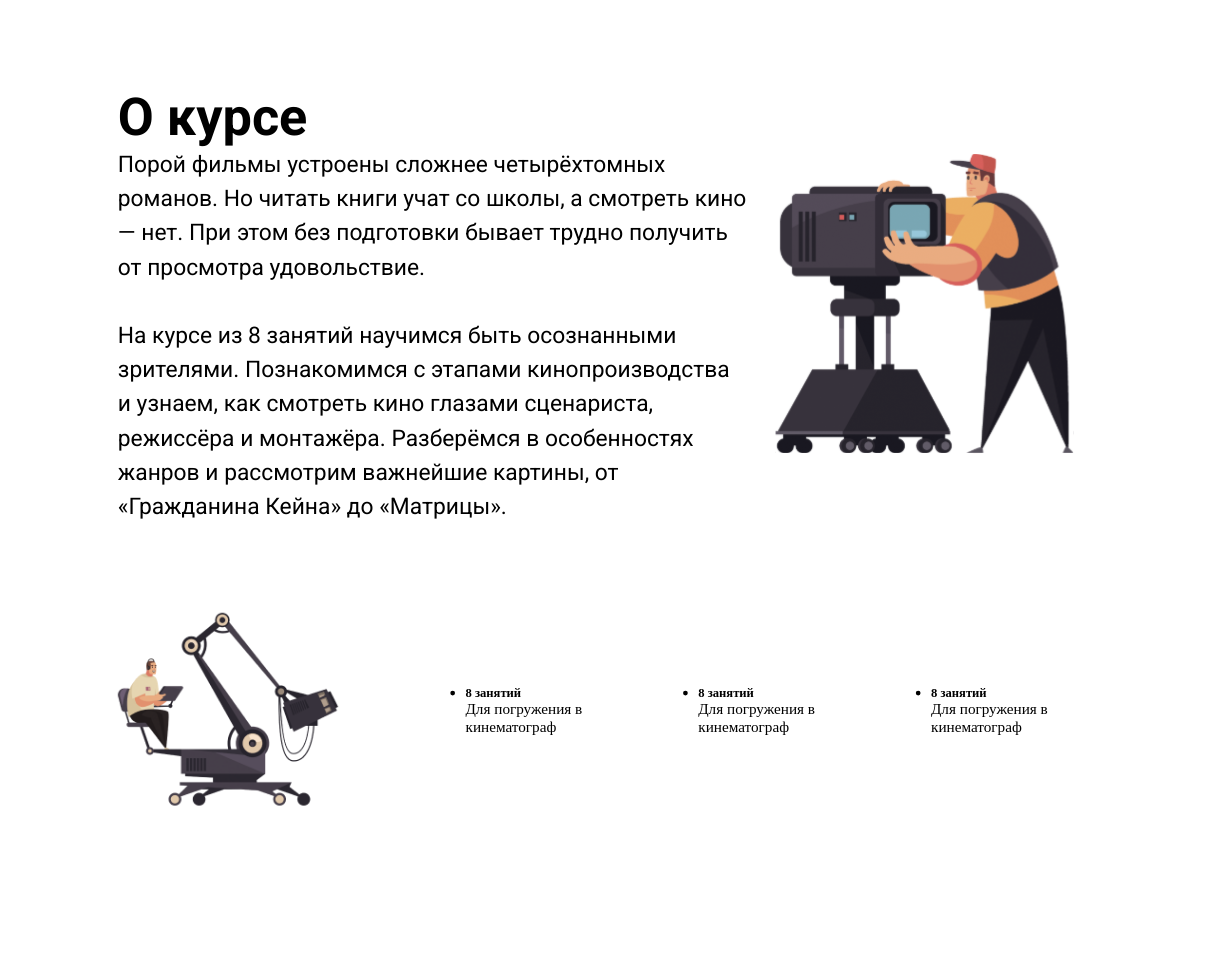
Repository: AytacSafarova/task-figma--1
Page: index.html
The author's editor kept a copy of each file at every save. The page is drawn from the files as they stood at one save, then again after the next save.
The browser window is 1280 px wide. The pictures show the whole page, at 95% of full size.

Above is the page before, as saved 2023-04-29 20:38:55.

### index.html
<!DOCTYPE html>
<html lang="en">

<head>
  <meta charset="UTF-8" />
  <meta http-equiv="X-UA-Compatible" content="IE=edge" />
  <meta name="viewport" content="width=device-width, initial-scale=1.0" />
  <title>Document</title>
  <link rel="stylesheet" href="/index.css" />
</head>

<body>
  <div class="container">
    <div class="row up">
      <div class="col left">
        <h1>О курсе</h1>
        <p>
          Порой фильмы устроены сложнее четырёхтомных романов. Но читать
          книги учат со школы, а смотреть кино — нет. При этом без
          подготовки бывает трудно получить от просмотра удовольствие.
        </p>
        <br><br>
        <p>
          На курсе из 8 занятий научимся быть осознанными зрителями.
          Познакомимся с этапами кинопроизводства и узнаем, как смотреть
          кино глазами сценариста, режиссёра и монтажёра. Разберёмся в
          особенностях жанров и рассмотрим важнейшие картины, от
          «Гражданина Кейна» до «Матрицы».
        </p>
      </div>
      <div class="col right">
        <svg width="314" height="315" viewBox="0 0 314 315" fill="none" xmlns="http://www.w3.org/2000/svg"
          xmlns:xlink="http://www.w3.org/1999/xlink">
          <rect width="314" height="315" fill="url(#pattern0)" />
          <defs>
            <pattern id="pattern0" patternContentUnits="objectBoundingBox" width="1" height="1">
              <use xlink:href="#image0_1_51" transform="matrix(0.00186916 0 0 0.00186323 0 -0.000275923)" />
            </pattern>
            <image id="image0_1_51" width="535" height="537"
              xlink:href="data:[embedded picture, 160582 characters]" />
          </defs>
        </svg>
      </div>
    </div>

    <div class="down">
      <img src="/images/photo 1.png" alt="" />
      <ul class="list">
        <li>
          <h5>8 занятий</h5>
          <p>Для погружения в кинематограф</p>
        </li>

        <li>
          <h5>8 занятий</h5>
          <p>Для погружения в кинематограф</p>
        </li>

        <li>
          <h5>8 занятий</h5>
          <p>Для погружения в кинематограф</p>
        </li>
      </ul>
    </div>
  </div>
</body>

</html>

### index.css
@import url("https://fonts.googleapis.com/css2?family=Roboto+Slab:wght@700&family=Roboto:wght@400;500;700&display=swap");
* {
  margin: 0;
  padding: 0;
}
.container {
  padding: 91px 150px 173px 124px;
}

.row {
  display: flex;
  justify-content: space-between;
  align-items: center;
}

.left {
  width: 662px;
}
 .left h1 {
  font-size: 55px;
  font-family: "Roboto", sans-serif;
  font-weight: 700;
  margin-bottom: 0px;
}
.left p {
  font-family: "Roboto";
  font-style: normal;
  font-weight: 400;
  font-size: 24px;
  line-height: 150%;
}



.down {
  display: flex;
  align-items: center;
  justify-content: space-between;
  margin-top: 94px;
}



ul {
  display: flex;
  background-color: ;
}

li {
  width: 150px;
  margin-left: 95px;
}
.down img{
    width: 232px;
    height: 203px;
}


@media screen and (max-width: 1024px) {
  /* tablet media  */
  .container {
    padding: 56px 86px 180px 72px;
  }
.left h1{
    font-size: 32px;
    margin-bottom: 32px;
}
.left{
    width: 382px;
}
.left p{
    font-size: 14px;
}
.right svg {
    width: 182px;
    height: 182px;
}

}
@media screen and (max-width: 768px) {
  /* mobile media  */
}

After the next save:
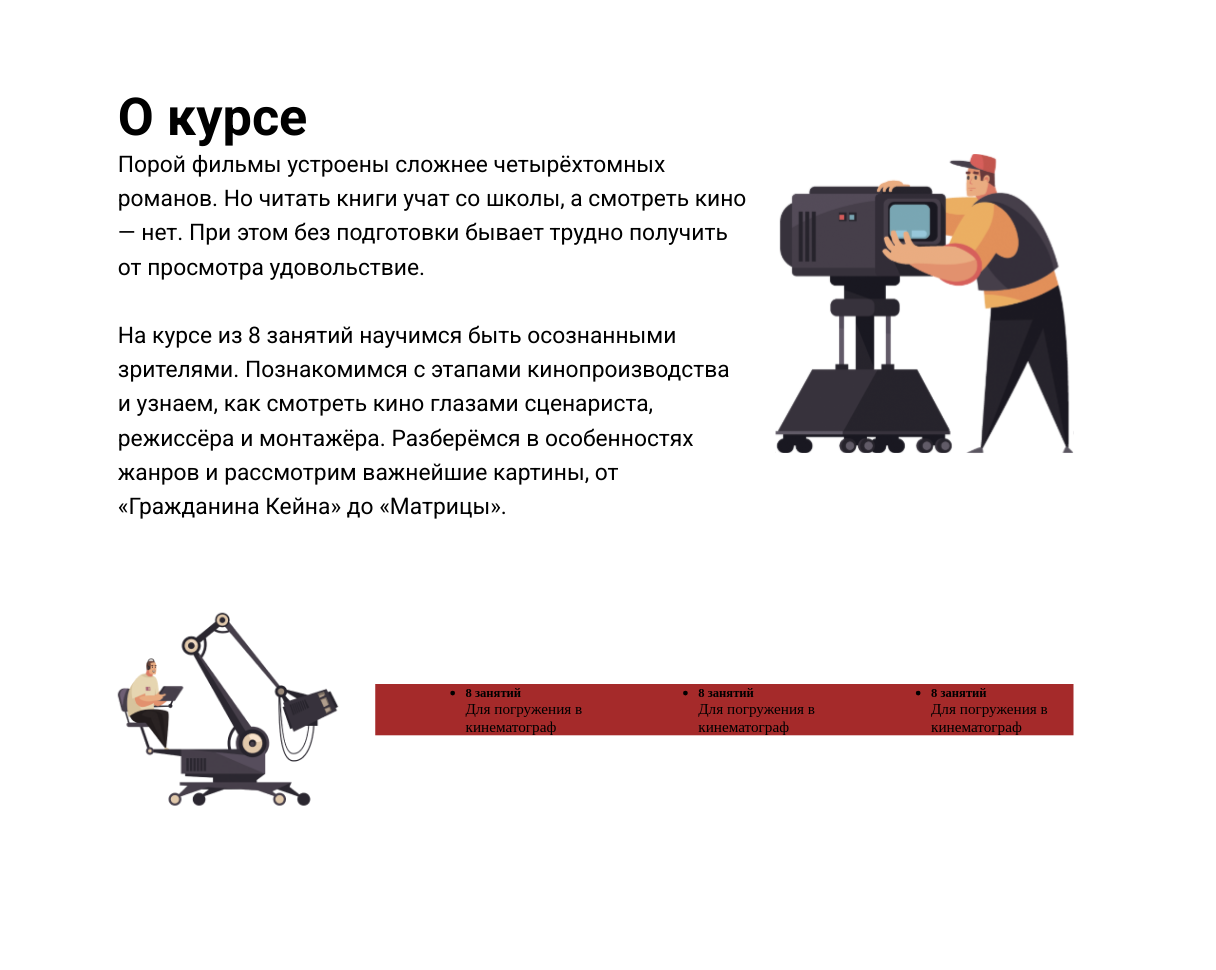
Saved 4 s later.
--- a/index.css
+++ b/index.css
@@ -43,7 +43,7 @@
 
 ul {
   display: flex;
-  background-color: ;
+  background-color: brown;
 }
 
 li {
